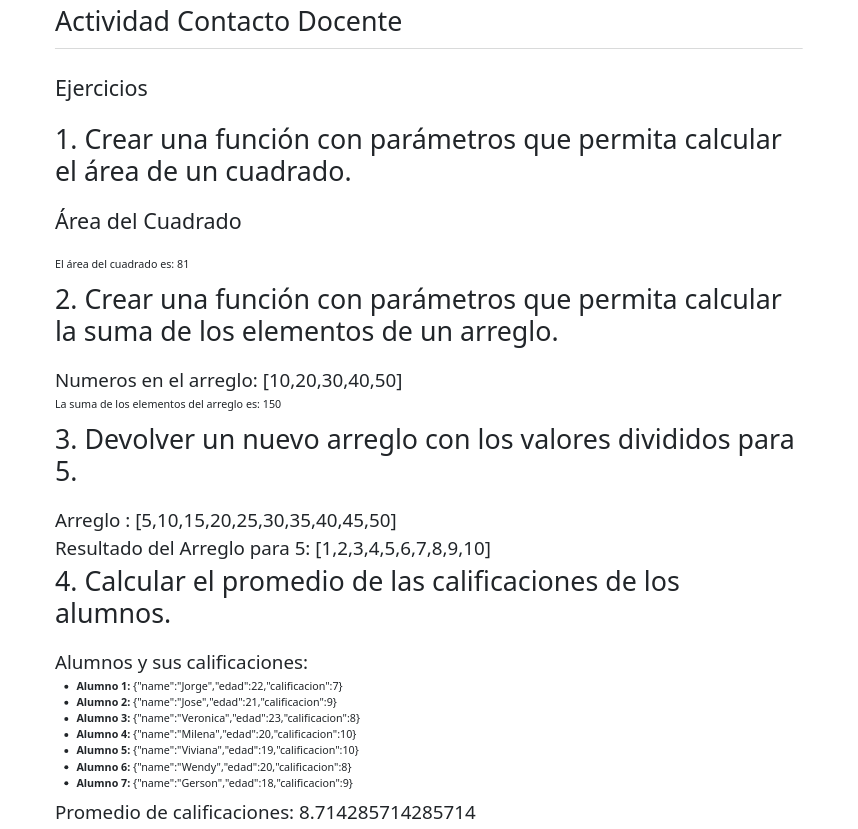
Repository: Jchimbo99/Actvidad1
Page: / (app in typescript-actividad/)
The author's editor kept a copy of each file at every save. The page is drawn from the files as they stood at one save, then again after the next save.
The browser window is 1280 px wide. The pictures show the whole page, at 67% of full size.
The project was rebuilt for these pictures with package versions that can differ from the ones it lists, and the page was loaded fresh each time. Also part of the build but not shown: typescript-actividad/vite.config.ts.

Above is the page before, as saved 2025-01-22 20:52:41.

After the next save:
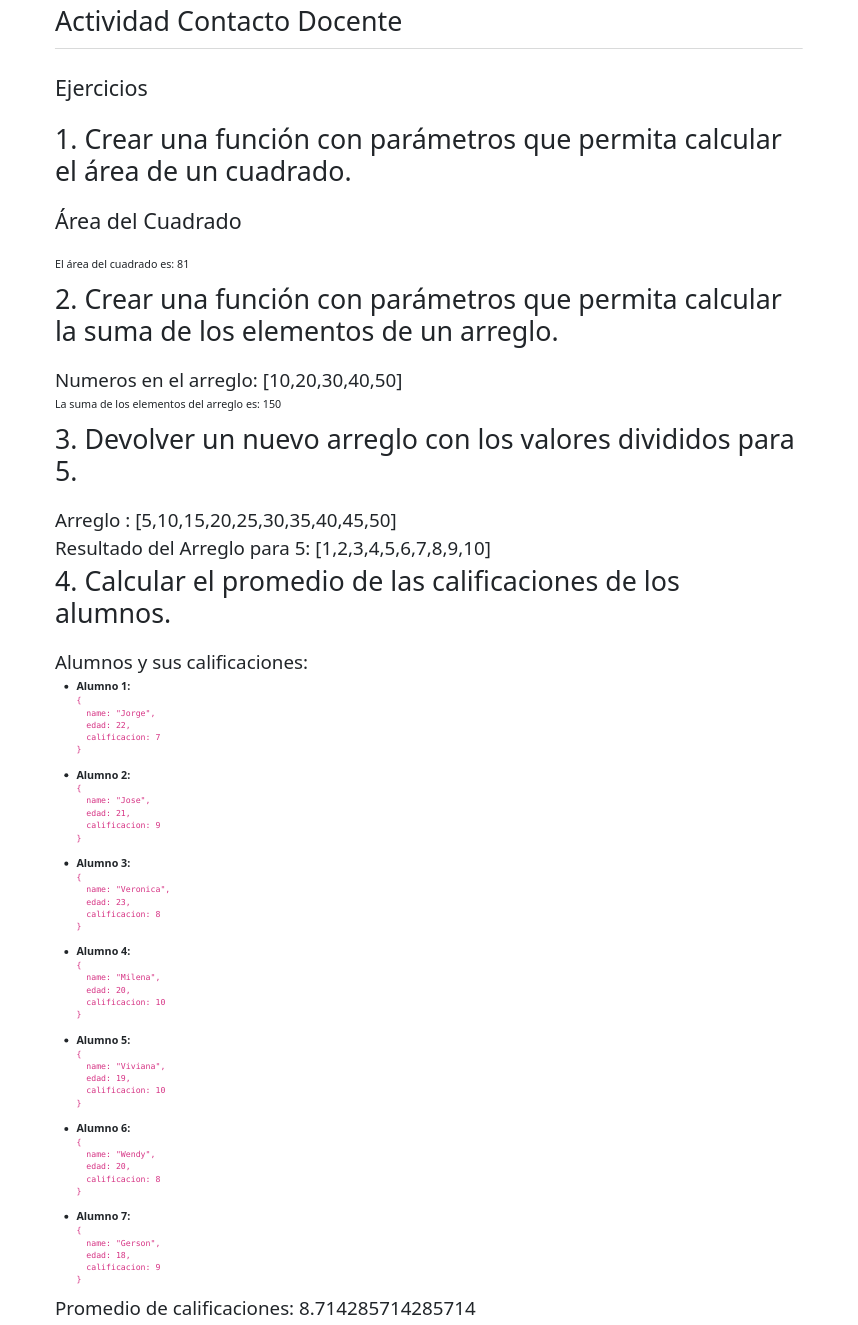
Saved 48 s later.
--- a/typescript-actividad/src/typescript/PromedioCalificaciones.tsx
+++ b/typescript-actividad/src/typescript/PromedioCalificaciones.tsx
@@ -59,7 +59,10 @@ export const PromedioCalificaciones = () => {
             <ul>
                 {alumnos.map((alumno, index) => (
                     <li key={index}>
-                        <strong>Alumno {index + 1}:</strong> {JSON.stringify(alumno)}
+                        <strong>Alumno {index + 1}:</strong>
+                        <code>
+                            <pre>{`{\n  name: "${alumno.name}",\n  edad: ${alumno.edad},\n  calificacion: ${alumno.calificacion}\n}`}</pre>
+                        </code>
                     </li>
                 ))}
             </ul>
